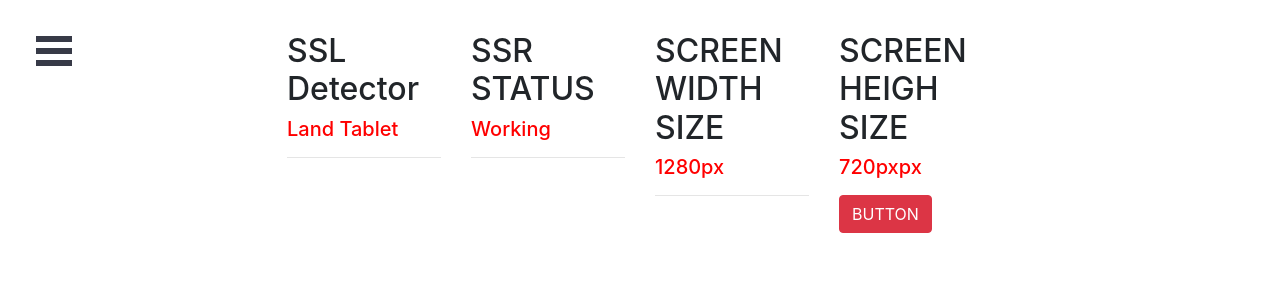
Repository: adrihle/screen-detector-nextpwa
Page: /
The author's editor kept a copy of each file at every save. The page is drawn from the files as they stood at one save, then again after the next save.
The browser window is 1280 px wide. The pictures show the whole page.
The project was rebuilt for these pictures with package versions that can differ from the ones it lists, and the page was loaded fresh each time. The framework's server and built-in components were replaced by stand-ins that run in the browser. Imported but missing from the stored project, and not drawn on this page: pages/_document.

Above is the page before, as saved 2020-12-29 18:19:47.

### pages/_app.js
import App, { Container } from "next/app";
import Head from "next/head";
import styled, { createGlobalStyle } from "styled-components";
import { title } from "./_document";
import ScreenSizeLayout from '../components/smart/ScreenSizeLayout'

// Any global CSS variables and selectors we want
const GlobalStyle = createGlobalStyle`
  :root {
    --padding: 2rem;
    --max-width: 50rem;
  }

  body {
    background: var(--background--1);
    font-family: 'PT Sans', sans-serif;
    margin: 0;
  }
`;

const Main = styled.main`
  margin: 0 auto;
  max-width: var(--max-width);
  padding: var(--padding);
`;

export default class MyApp extends App {
  static async getInitialProps({ Component, ctx }) {
    let pageProps = {};

    if (Component.getInitialProps) {
      pageProps = await Component.getInitialProps(ctx);
    }

    return { pageProps };
  }

  render() {
    const { Component, pageProps, router } = this.props;

    return (
      <>
        <Head>
          <title>{title}</title>
          <link rel="stylesheet" href="https://stackpath.bootstrapcdn.com/bootstrap/4.3.1/css/bootstrap.min.css" integrity="sha384-ggOyR0iXCbMQv3Xipma34MD+dH/1fQ784/j6cY/iJTQUOhcWr7x9JvoRxT2MZw1T" crossorigin="anonymous"></link>
        </Head>
        <Container>
          {/* here a style layout */}
          <Main>
            {/* here a smart screen detector */}
            <ScreenSizeLayout>
              <Component {...pageProps} router={router} />
            </ScreenSizeLayout>
          </Main>
          <GlobalStyle />
        </Container>
      </>
    );
  }
}

### pages/index.js
import Nav from '../components/navigation/mobile'

const Index = ({ server, measures, screen }) => {

  const width = measures && measures[0] + 'px'
  const heigh = measures && measures[1] + 'px'


  return (
    <div className="container" id='container'>
      <Nav pageWrap={'content'} outerContainer={'container'} />
      <div className='row' id='content'>
        <div className="col-md-6 col-lg-3">
          <h2>SSL Detector</h2>
          <h5 style={{color:'red'}}>{screen}</h5>
          <hr />
        </div>
        <div className="col-md-6 col-lg-3">
          <h2>SSR STATUS</h2>
          <h5 style={{color:'red'}}>{server ? 'Working' : 'Not Working'}</h5>
          <hr />
        </div>
        <div className="col-md-6 col-lg-3">
          <h2>SCREEN WIDTH SIZE</h2>
          <h5 style={{color:'red'}}>{width}</h5>
          <hr/>
        </div>
        <div className="col-md-6 col-lg-3">
          {(measures && measures[0]>240) && (
            <>
              <h2>SCREEN HEIGH SIZE</h2>
              <h5 style={{color:'red'}}>{`${heigh}px`}</h5>
              <button className='btn btn-danger mt-2'>BUTTON</button>
            </>
          )}
        </div>
      </div>
    </div>
  )
}

Index.getInitialProps = async function() {
  return {
    server: true,
  }
};

export default Index;

### components/smart/ScreenSizeLayout.tsx
import {Children, cloneElement, useState, useEffect } from 'react'

const ScreenSizeLayout = ({ children }) => {

    const [screen, setScreen] = useState(null)
    const [measures, setMeasures] = useState(null)

    const handleSize = () => {
        let width = window.innerWidth
        let heigh = window.innerHeight
        setMeasures([width, heigh])

        let landscape = width > heigh

        if (width < 420){setScreen('Mobile')}
        else if (width > 420 && width < 850 && landscape){setScreen('Land Mobile')}
        else if (width > 420 && width < 1300 && !landscape){setScreen('Tablet')}
        else if (width > 820 && width < 1400 && landscape){setScreen('Land Tablet')}
        else {setScreen('Desktop')}
    }

    useEffect(() => {
        handleSize()
        window.addEventListener('resize', handleSize)
        return () => {window.removeEventListener('resize', handleSize)}
    },[])

    const childrenWithProps = Children.map(children, child => {
        return cloneElement(child, {
            measures,
            screen
        });
      });

    return (
        <>
            {childrenWithProps}
        </>
    )
}

export default ScreenSizeLayout

### components/navigation/mobile.tsx
import { slide as Menu } from 'react-burger-menu'

var styles = {
    bmBurgerButton: {
      position: 'fixed',
      width: '36px',
      height: '30px',
      left: '36px',
      top: '36px'
    },
    bmBurgerBars: {
      background: '#373a47'
    },
    bmBurgerBarsHover: {
      background: '#a90000'
    },
    bmCrossButton: {
      height: '24px',
      width: '24px'
    },
    bmCross: {
      background: '#bdc3c7'
    },
    bmMenuWrap: {
      position: 'fixed',
      height: '100%'
    },
    bmMenu: {
      background: '#373a47',
      padding: '2.5em 1.5em 0',
      fontSize: '1.15em'
    },
    bmMorphShape: {
      fill: '#373a47'
    },
    bmItemList: {
      color: '#b8b7ad',
      padding: '0.8em'
    },
    bmItem: {
      display: 'inline-block'
    },
    bmOverlay: {
      background: 'rgba(0, 0, 0, 0.3)'
    }
  }

const Mobile = ({ outerContainer, pageWrap }) => {
    return (
        <Menu styles={styles} outerContainerId={outerContainer} pageWrapId={pageWrap}>
            <a id="home" className="menu-item" href="/">Home</a>
            <a id="about" className="menu-item" href="/about">About</a>
            <a id="contact" className="menu-item" href="/contact">Contact</a>
        </Menu>
    )
}

export default Mobile

After the next save:
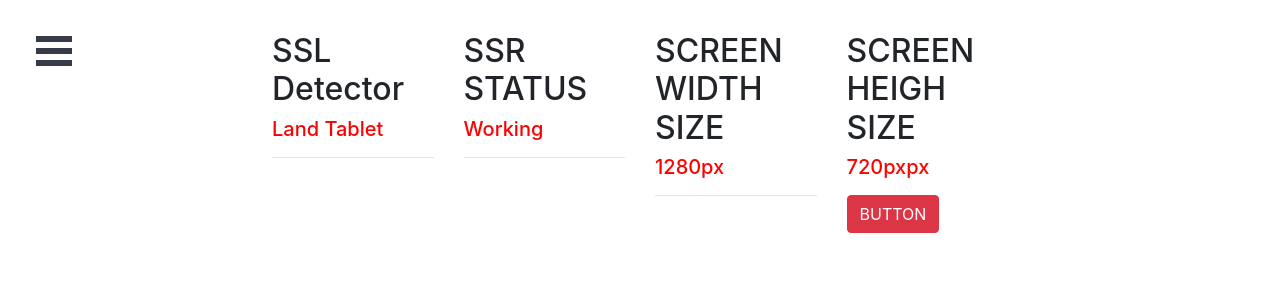
Saved 2 min 23 s later.
--- a/pages/index.js
+++ b/pages/index.js
@@ -7,7 +7,7 @@ const Index = ({ server, measures, screen }) => {
 
 
   return (
-    <div className="container" id='container'>
+    <div  id='container'>
       <Nav pageWrap={'content'} outerContainer={'container'} />
       <div className='row' id='content'>
         <div className="col-md-6 col-lg-3">
